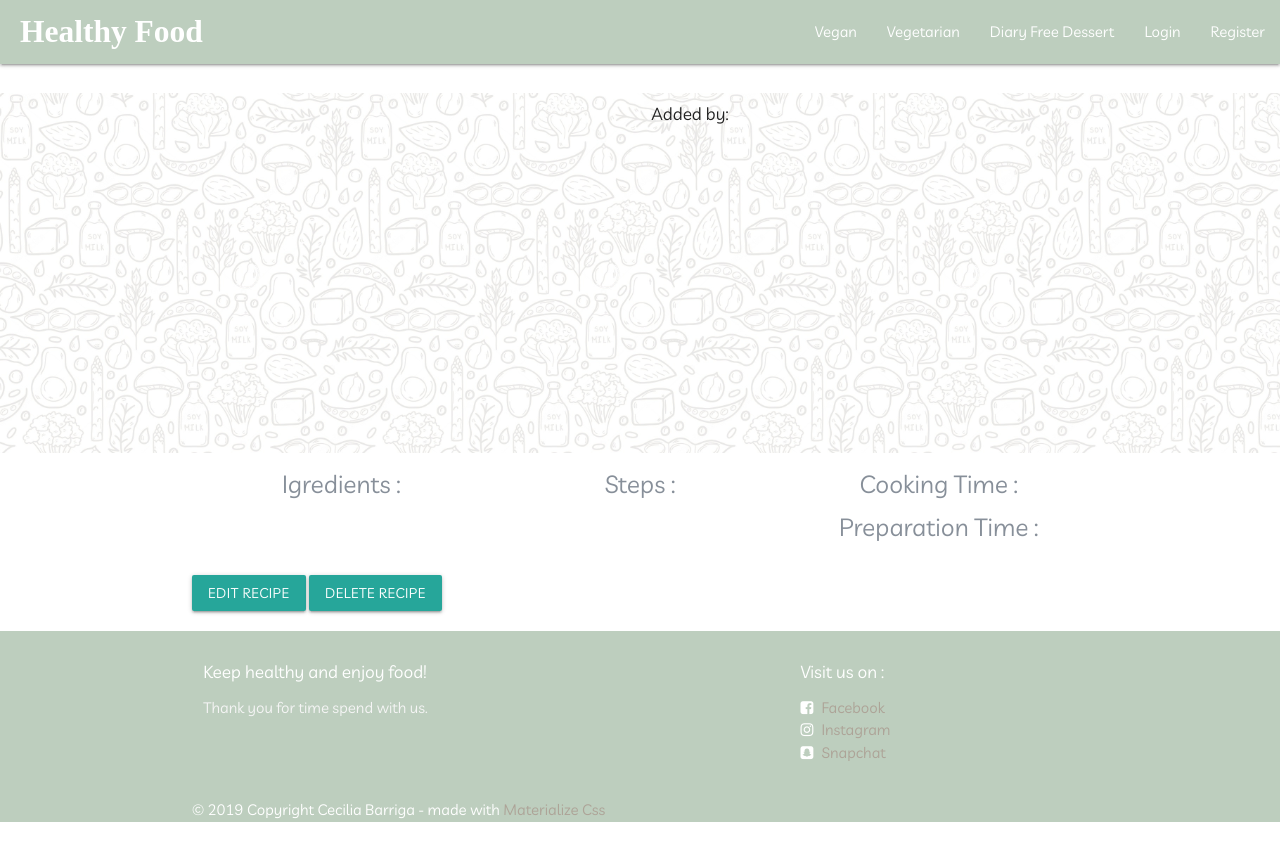
Repository: cesole/cookbook
Page: templates/recipe.html
The author's editor kept a record of every edit. The page is drawn from the files as they stood at one moment, then again after the next edit.
The browser window is 1280 px wide. The pictures show the whole page.
Some web fonts or font styles are not loaded; a fallback is used. The page is served by the project's application, run on Flask 3 (app.py). The template is opened directly, without the code that normally fills it, so the values that code supplies are empty.

Above is the page before.

After the next edit:
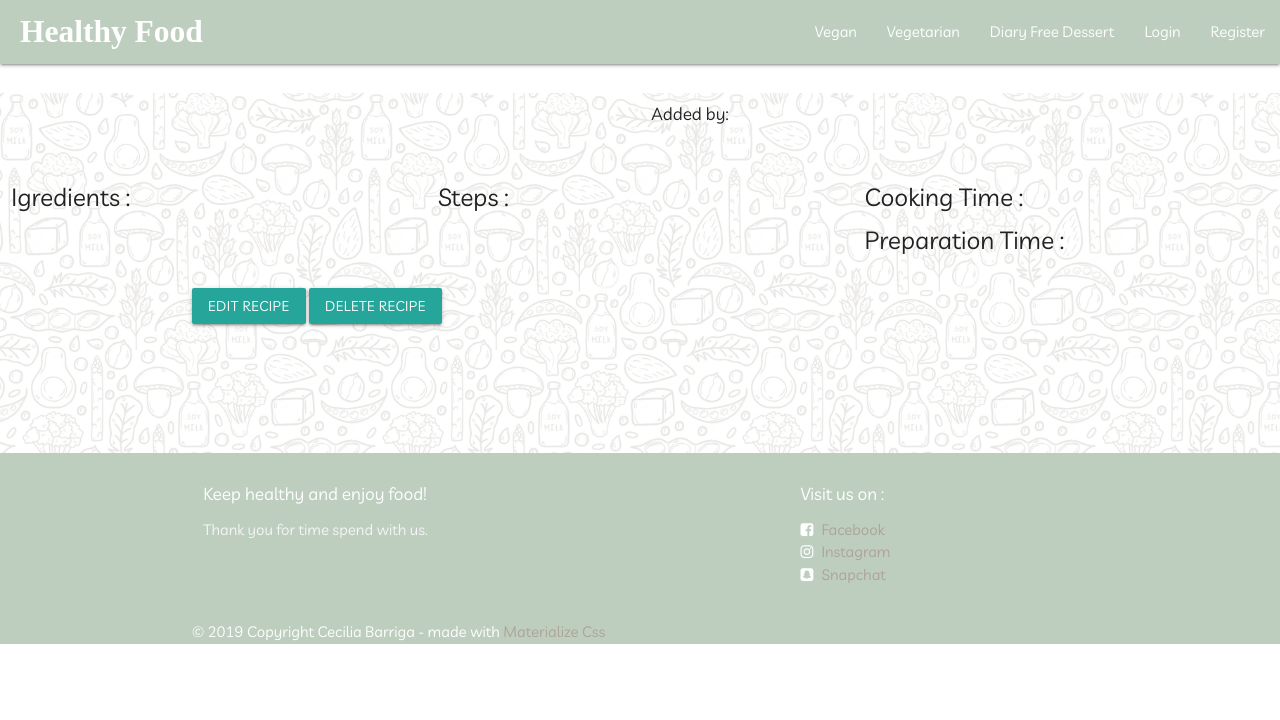
The edit:
--- a/templates/recipe.html
+++ b/templates/recipe.html
@@ -16,8 +16,7 @@
         </div>
     </div>
 </div>
-</div>
-<div class="container row white">
+<div class="row font-grey">
     <div class="col s12 m4">
         <h5>Igredients :</h5>
         <ol>
